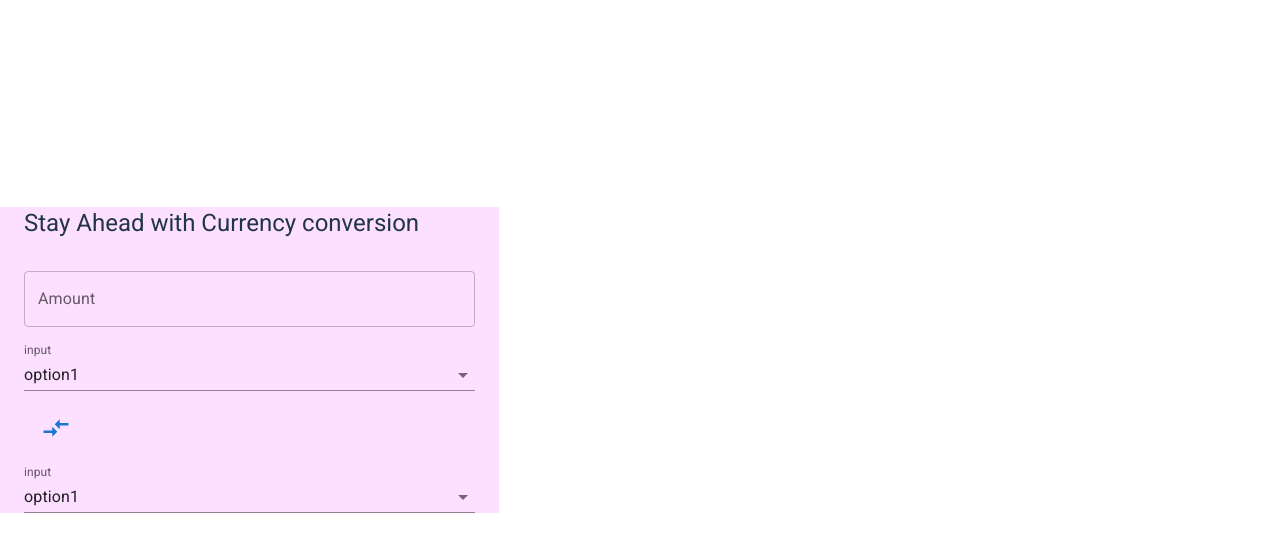
Repository: Asad-devv/CURRENCY
Page: /
An editor plug-in stored every save of this project. The page is shown before and after the next save, followed by the edit.
The browser window is 1280 px wide. The pictures show the whole page.
The project was rebuilt for these pictures with package versions that can differ from the ones it lists, and the page was loaded fresh each time. Also part of the build but not shown: craco.config.js.

Above is the page before, as saved 2023-03-01 22:24:28.

### src/main.jsx
import React from 'react'
import ReactDOM from 'react-dom/client'
import App from './App'
import './index.css'
import '@fontsource/roboto/300.css';
import '@fontsource/roboto/400.css';
import '@fontsource/roboto/500.css';
import '@fontsource/roboto/700.css';


ReactDOM.createRoot(document.getElementById('root')).render(
  <React.StrictMode>
    <App />
  </React.StrictMode>,
)

### src/App.jsx
import { Button, Container,Typography,Grid } from "@mui/material";
import { useState } from "react";
import reactLogo from "./assets/react.svg";
import InputAmount from "./components/InputAmount";
import SelectCountry from "./components/selectCountry";
import SwitchCurrency from "./components/SwitchCurrency";
// import './App.css'

function App() {
  const [count, setCount] = useState(0);

  return (
    <Container maxWidth="md" sx={{ background: "#fddfff" }}>
      <Typography variant = "h5"sx={{mb:"2rem"}}>Stay Ahead with Currency conversion</Typography>
      <Grid container spacing ={2}>
        <InputAmount/>
        <SelectCountry/>
        <SwitchCurrency/>
        <SelectCountry/>
      </Grid>
    </Container>
  );
}

export default App;

### src/components/InputAmount.jsx
import React from "react";

import { Grid, TextField ,InputAdornment} from "@mui/material";
const InputAmount = () => {
  return (
    <Grid item xs={12}>
      <TextField
        label="Amount"
        fullWidth
        inputProps={{ type: "number",startAdornment :<InputAdornment position="start">qwnm$</InputAdornment> }}

      ></TextField>
    </Grid>
  );
};

export default InputAmount;

### src/components/selectCountry.jsx
import React from 'react'
import {Autocomplete, Grid,Box ,TextField} from "@mui/material"
const SelectCountry = () => {
  return (
    <Grid item xs={12}>
    {/* <Autocomplete></Autocomplete> */}
    <Autocomplete
        value="option1"
        options = {["opt1","opt2","opt3"]}
        id="disable-clearable"
        disableClearable
        renderInput={(params) => (
          <TextField {...params} label="input" variant="standard" />
        )}
      />
  </Grid>
  )
}

export default SelectCountry

### src/components/SwitchCurrency.jsx
import React from 'react'
import {Button, Grid } from "@mui/material"
import CompareArrowsIcon from '@mui/icons-material/CompareArrows';

const SwitchCurrency = () => {
  return (
    <Grid item xs={12} md="auto">
    <Button sx={{borderRadius:1, height : "100%"}}><CompareArrowsIcon sx={{fontSize : 30}}/></Button>
  </Grid>
  )
}

export default SwitchCurrency

Loaded but not shown: index.html (common file); src/index.css (common file)

After the next save:
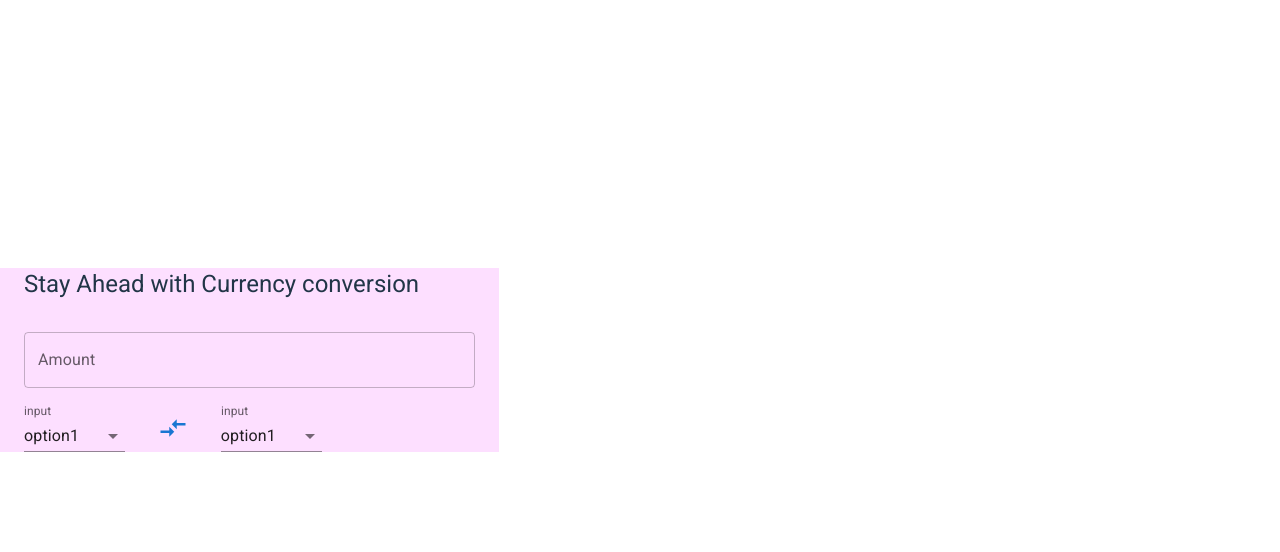
Saved 21 s later.
--- a/src/components/selectCountry.jsx
+++ b/src/components/selectCountry.jsx
@@ -2,7 +2,7 @@ import React from 'react'
 import {Autocomplete, Grid,Box ,TextField} from "@mui/material"
 const SelectCountry = () => {
   return (
-    <Grid item xs={12}>
+    <Grid item xs={12} md={3}>
     {/* <Autocomplete></Autocomplete> */}
     <Autocomplete
         value="option1"
